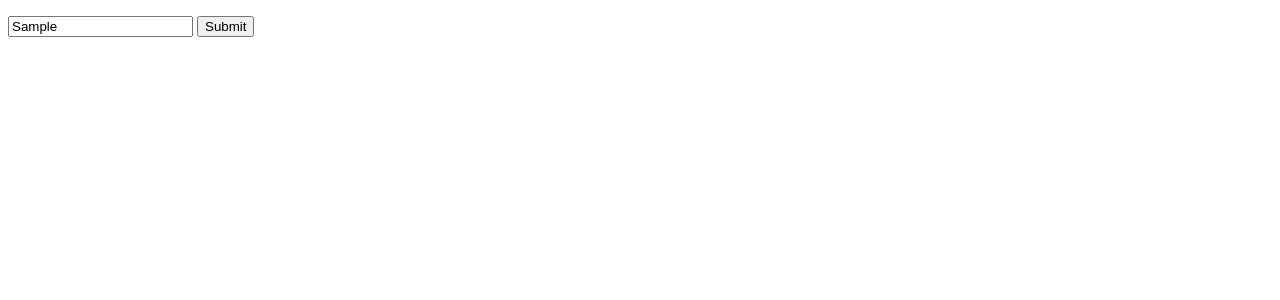
Repository: al223gv/1dv403-al223gv-laborationer
Page: 4-thequiz/index.html
The author's editor kept a record of every edit. The page is drawn from the files as they stood at one moment, then again after the next edit.
The browser window is 1280 px wide. The pictures show the whole page.
Empty fields were first filled with sample values (such as "Sample", 5 or name@example.com).
After loading, the first visible `#button` was clicked once.
The page's requests for data from a server got no answer.

Above is the page before.

### 4-thequiz/index.html
<!DOCTYPE html>
<html lang="sv">

<head>
	<meta name="viewport" content="width=device-width, initial-scale=1">
	<meta charset="UTF-8">
	<title>Quiz</title>
    <link rel="stylesheet" href="style.css">
</head>
<body>
    <p id="question"></p>
    <input id="answer"/>
    <input type="submit" id="button"/>
    <p id="message"></p>

    <div id="result" class="hidden"></div>

    <script src="quiz.js"></script>
</body>
</html>

### 4-thequiz/quiz.js
"use strict";

var quiz = {

    countQuestion: 0,

    countTries: 0,

    countAll: 0,

    answerObj: {},

    quizObj: undefined,

    url: 'http://vhost3.lnu.se:20080/question/1',

    answerURL: null,

    xhr: new XMLHttpRequest(),

    init: function() {
        console.log(quiz.url);
        if (quiz.url !== undefined) {
            quiz.countQuestion += 1;
            quiz.question();
        }
        else {
            document.getElementById("button").removeEventListener("click", quiz.answer);
            var hej = document.getElementById("result");
            var paragraph = document.createElement("p");

            paragraph.innerHTML = "Antal gissningar: " + quiz.countAll + "<br>Antal Frågor: " + quiz.countQuestion;

            hej.classList.remove("hidden");

            hej.appendChild(paragraph);
        }
    },

    question: function() {

        var para = document.getElementById("question");

        quiz.xhr.onreadystatechange = function() {

            if (quiz.xhr.readyState === 4 && quiz.xhr.status === 200) {
                quiz.quizObj = JSON.parse(quiz.xhr.responseText);
                console.log(quiz.quizObj);
                quiz.answerURL = quiz.quizObj.nextURL;

                para.innerHTML = quiz.quizObj.question;
            }
        };

        quiz.xhr.open("GET", quiz.url, true);

        quiz.xhr.send(null);
    },

    activateButton: function() {
        var button = document.getElementById("button");

        button.addEventListener("click", quiz.answer, false);

    },

    answer: function() {

        quiz.answerObj.answer = document.getElementById("answer").value;

        console.log(quiz.answerObj);

        quiz.xhr = new XMLHttpRequest();

        quiz.xhr.onreadystatechange = function() {

            if (quiz.xhr.readyState === 4 && quiz.xhr.status === 200) {
                quiz.countTries += 1;
                quiz.countAll += 1;
                quiz.quizObj = JSON.parse(quiz.xhr.responseText);
                quiz.url = quiz.quizObj.nextURL;
                console.log(quiz.url);
                document.getElementById("message").innerHTML = quiz.quizObj.message;

                var result = document.getElementById("result");
                var paragraph = document.createElement("p");

                paragraph.innerHTML = "Fråga " + quiz.countQuestion + ": " + quiz.countTries;

                result.appendChild(paragraph);

                quiz.countTries = 0;

                quiz.init();
            }
            else if (quiz.xhr.readyState === 4 && quiz.xhr.status === 400) {

                quiz.countTries += 1;
                quiz.countAll += 1;

                var wrong = JSON.parse(quiz.xhr.responseText);

                document.getElementById("message").innerHTML = wrong.message;
            }
        };
        quiz.xhr.open('POST', quiz.answerURL, true);
        quiz.xhr.setRequestHeader('Content-Type', 'application/json');
        quiz.xhr.send(JSON.stringify(quiz.answerObj));
    }
};
window.addEventListener("load", quiz.activateButton, false);
window.addEventListener("load", quiz.init, false);

Loaded but not shown: 4-thequiz/style.css (common file)

After the next edit:
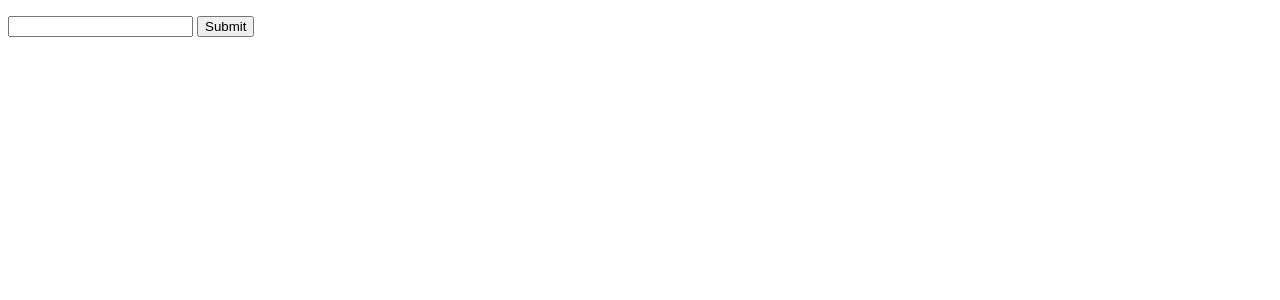
The edit:
--- a/4-thequiz/quiz.js
+++ b/4-thequiz/quiz.js
@@ -68,6 +68,8 @@
 
         quiz.answerObj.answer = document.getElementById("answer").value;
 
+        document.getElementById("answer").value = "";
+
         console.log(quiz.answerObj);
 
         quiz.xhr = new XMLHttpRequest();
